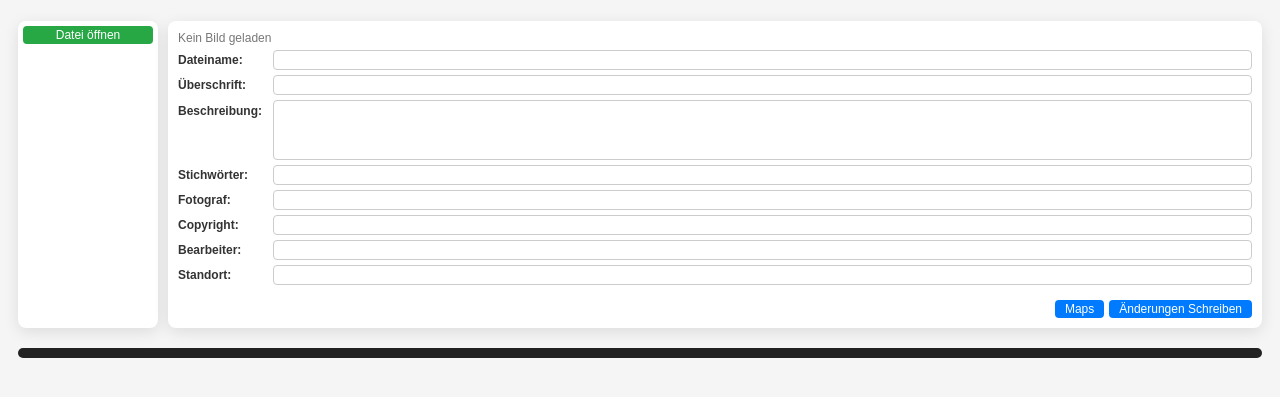
Repository: h-fahle/metadata
Page: ui/index.html
An editor plug-in stored every save of this project. The page is shown before and after the next save, followed by the edit.
The browser window is 1280 px wide. The pictures show the whole page.

Above is the page before, as saved 2026-08-18 13:13:16.

After the next save:
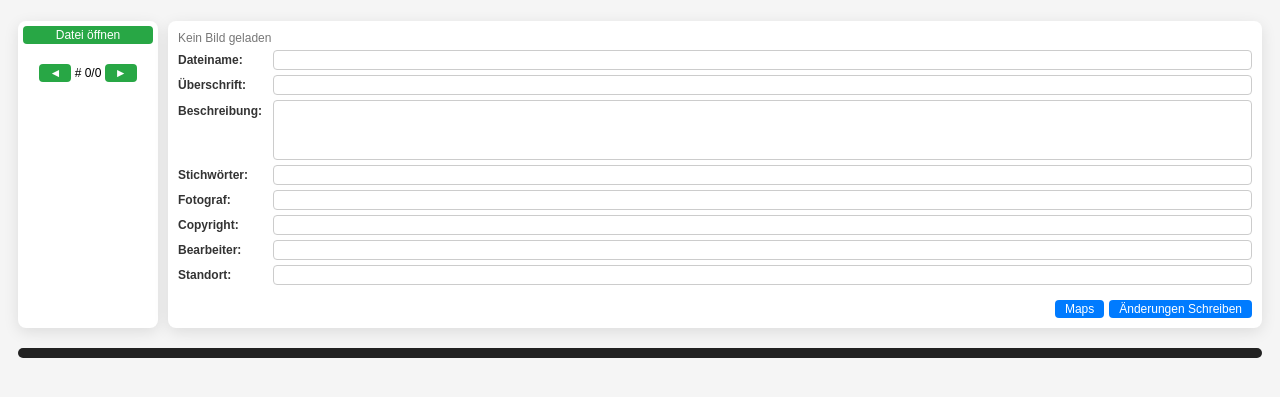
Saved 4 h 55 min later.
--- a/ui/index.html
+++ b/ui/index.html
@@ -23,6 +23,12 @@
  -->
 			<img id="vorschau-bild" src="" style="display:none;" />
 			<div id="bild-info" style="text-align:center;">
+				<!-- Navigations-Buttons -->
+				<div style="margin: 10px 0;">
+					<button onclick="blaettern(-1)">◄</button>
+					<span id="img-nummer"># 0/0</span>
+					<button onclick="blaettern(1)">►</button>
+				</div>
 				<span id="img-nummer"></span><br>
 				<span id="img-datum"></span><br>
 				<span id="img-groesse"></span>
